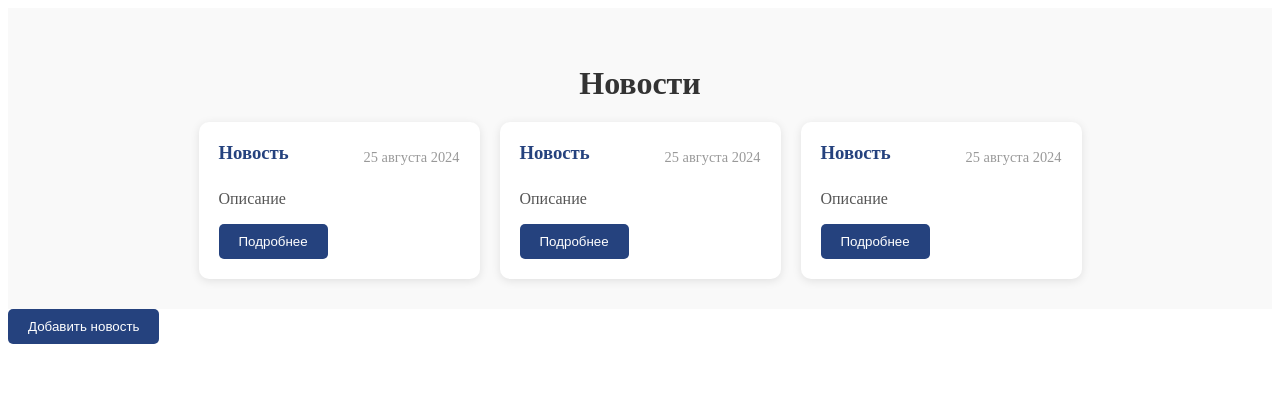
Repository: MaratLK/PLKFrontend
Page: Templates/NewsForIndex.html
The author's editor kept a copy of each file at every save. The page is drawn from the files as they stood at one save, then again after the next save.
The browser window is 1280 px wide. The pictures show the whole page.

Above is the page before, as saved 2024-08-25 07:43:41.

After the next save:
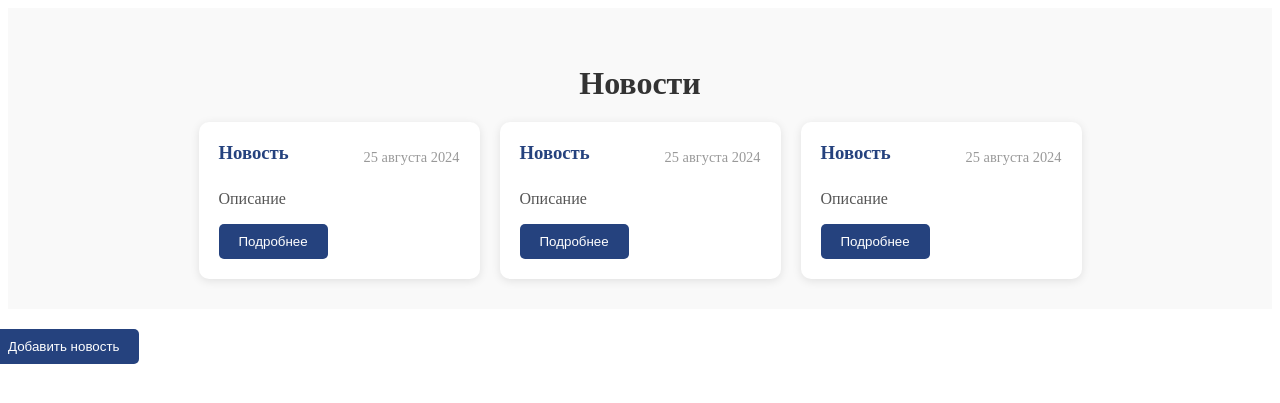
Saved 7 s later.
--- a/Templates/NewsForIndex.html
+++ b/Templates/NewsForIndex.html
@@ -120,6 +120,7 @@
 
 /* Перемещаем первую кнопку "Добавить новость" в правый верхний угол */
 #add-news-btn {
+  position: relative; /* Или fixed, если хотите, чтобы кнопка оставалась на месте при прокрутке */
   top: 20px;
   right: 20px;
   background-color: #25427e;
